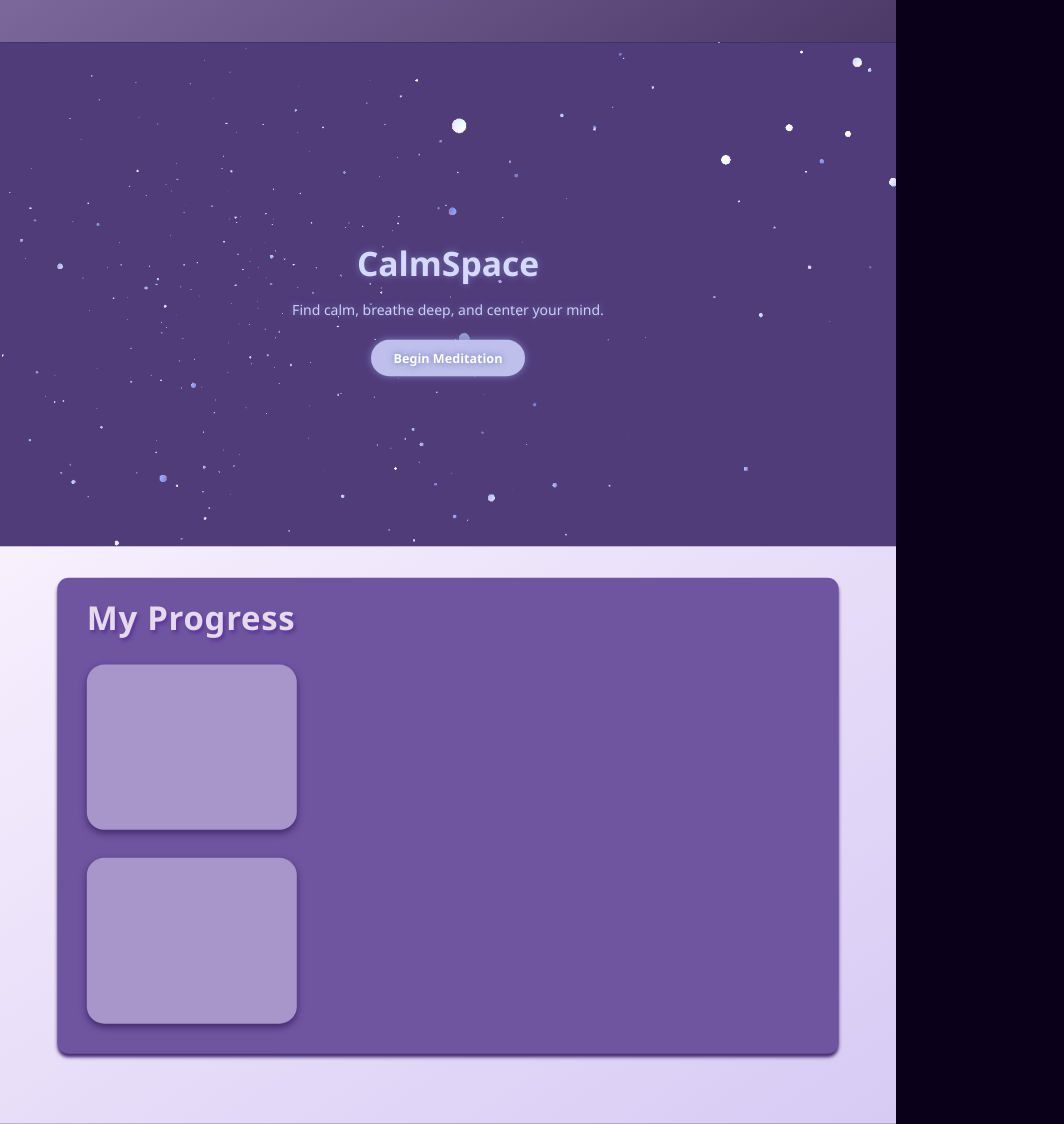
Repository: rujularaut/CogniCare
Page: /
The author's editor kept a copy of each file at every save. The page is drawn from the files as they stood at one save, then again after the next save.
The browser window is 1280 px wide. The page is 1520 px wide, so the pictures cover 1520 px, including what lies to the right of the window. The pictures show the part of the page from y = 1489 to 3129 px (the page is 3094 px tall before and 3129 px after), at 70% of full size.
The project was rebuilt for these pictures with package versions that can differ from the ones it lists, and the page was loaded fresh each time. Also part of the build but not shown: src/components/RecallGame.js, src/components/ReactionGame.js, src/components/MeditationRoom.css, src/components/Signup.css, src/components/Signup.js, src/components/Login.css, src/components/Login.js, src/components/Stepper.css and 5 more.

Above is the page before, as saved 2025-06-27 14:21:09.

### public/index.html
<!DOCTYPE html>
<html lang="en">
  <head>
    <link href="https://fonts.googleapis.com/css2?family=Anton:wght@500&display=swap" rel="stylesheet">

    <meta charset="utf-8" />
    <link rel="icon" href="%PUBLIC_URL%/favicon.ico" />
    <meta name="viewport" content="width=device-width, initial-scale=1" />
    <meta name="theme-color" content="#000000" />
    <meta
      name="description"
      content="Web site created using create-react-app"
    />
    <link rel="apple-touch-icon" href="%PUBLIC_URL%/logo192.png" />
    <!--
      manifest.json provides metadata used when your web app is installed on a
      user's mobile device or desktop. See https://developers.google.com/web/fundamentals/web-app-manifest/
    -->
    <link rel="manifest" href="%PUBLIC_URL%/manifest.json" />
    <!--
      Notice the use of %PUBLIC_URL% in the tags above.
      It will be replaced with the URL of the `public` folder during the build.
      Only files inside the `public` folder can be referenced from the HTML.

      Unlike "/favicon.ico" or "favicon.ico", "%PUBLIC_URL%/favicon.ico" will
      work correctly both with client-side routing and a non-root public URL.
      Learn how to configure a non-root public URL by running `npm run build`.
    -->
    <title>React App</title>
  </head>
  <body>
    <noscript>You need to enable JavaScript to run this app.</noscript>
    <div id="root"></div>
    <!--
      This HTML file is a template.
      If you open it directly in the browser, you will see an empty page.

      You can add webfonts, meta tags, or analytics to this file.
      The build step will place the bundled scripts into the <body> tag.

      To begin the development, run `npm start` or `yarn start`.
      To create a production bundle, use `npm run build` or `yarn build`.
    -->
  </body>
</html>

### src/components/Progress.js
import React from 'react';
import './Progress.css';

const Progress = () => {
  return (
    <section className="progress-section" id="myprogress">

      <div className="progress-box">
  <div className="progress-header">
    <h2>My Progress</h2>
  </div>
  <div className="progress-content">
    <div className="left-panel">
      <div className="small-box"></div>
      <div className="small-box"></div>
    </div>
    <div className="main-area">
      {/* ... */}
    </div>
  </div>
</div>

    </section>
  );
};

export default Progress;

### src/App.css
body {
  margin: 0;
  padding: 0;
  font-family: 'Segoe UI', sans-serif;
  background-color: #0a001a;
  color: #d6d8ff;
}

nav {
  background-color: #412e69;
  color: #d6d8ff;
  display: flex;
  justify-content: space-between;
  align-items: center;
  padding: 10px 30px;
  box-shadow: 0 0 15px #a9b0ff20;
}

.logo {
  font-size: 24px;
  font-weight: bold;
  color: #d6d8ff;
  text-shadow: 0 0 6px #8b92d7;
}

nav ul {
  list-style: none;
  display: flex;
  gap: 24px;
  margin: 0;
  padding: 0;
}

nav ul li a {
  text-decoration: none;
  color: #c0c2e0;
  font-weight: 500;
  transition: color 0.3s ease;
}

nav ul li a:hover {
  color: #f7c258;
  text-shadow: 0 0 6px #a9b0ff;
}

header {
  background-color: #513c7a;
  padding: 5px;
  text-align: center;
  border-bottom: 6px solid #412e69;
}

h1 {
  margin-bottom: 10px;
  font-size: 45px;
  color: #d6d8ff;
  text-shadow: 0 0 10px #6c72ac;
}

p {
  font-size: 17px;
  color: #d6d8ff;
}

.floating-nav-vertical {
  position: fixed;
  top: 50%;
  left: 1rem;
  transform: translateY(-50%);
  display: flex;
  flex-direction: column;
  gap: 1rem;
  background-color: #a292c218;
  padding: 1rem;
  border-radius: 12px;
  z-index: 999;
  box-shadow: 0 4px 12px rgba(0, 0, 0, 0.25);
}

.floating-nav-vertical a {
  color: #3e2e63e7;
  font-size: 24px;
  margin: 12px 0;
  text-decoration: none;
  font-weight: 500;
  display: flex;
  align-items: center;
  gap: 6px;
  transition: color 0.2s, transform 0.2s;
  padding: 2px 5px;
  border-radius: 8px;
}

.floating-nav-vertical a:hover {
  color: #e7ddff; /* or your glow color */
  text-shadow: 0 0 6px #a9b0ff;
  transform: scale(1.2);
}

.floating-nav-vertical a:focus {
  outline: none;
}

.floating-nav-vertical a::after {
  content: attr(data-tooltip); /* 👈 sets tooltip from data-tooltip attribute */
  position: absolute;
  left: 130%; /* right of icon */
  top: 50%;
  transform: translateY(-50%);
  background-color: #513c7a;
  color: #fff;
  padding: 4px 8px;
  border-radius: 6px;
  white-space: nowrap;
  font-size: 12px;
  opacity: 0;
  pointer-events: none;
  transition: opacity 0.2s ease;
}

.floating-nav-vertical a:hover::after {
  opacity: 1;
}

### src/components/Welcome.js
import React from 'react';
import './Welcome.css';
import welcomeImg from '../assets/welcome.png';
import { Link } from 'react-router-dom';

const Welcome = () => {
  return (
    <section className="welcome">
      <div className="welcome-content">
        <img src={welcomeImg} alt="Welcome Illustration" className="welcome-img" />
        <Link to="/signup" className="start-btn">Get Started</Link> {/* ✅ Fixed */}
      </div>
    </section>
  );
};

export default Welcome;

### src/components/Meditation.js
import React from 'react';
import Particles from './Particles';
import './Meditation.css';
import { Link } from 'react-router-dom';
import './MeditationRoom.css';


const Meditation = () => {
  return (
    <section className="meditation-section">
      <Particles
        particleColors={['#cdd0fc', '#a9b0ff']}
        particleCount={680}
        particleSpread={11}
        speed={0.1}
        particleBaseSize={100}
        moveParticlesOnHover={false}
        alphaParticles={false}
      />
      <div className="meditation-content">
        <h2>CalmSpace</h2>
        <p>Find calm, breathe deep, and center your mind.</p>
        <Link to="/meditationroom" className="meditate-btn">Begin Meditation</Link>
      </div>
    </section>
  );
};

export default Meditation;

### src/components/MindPlay.js
import React, { useRef } from 'react';
import './MindPlay.css';
import DecryptedText from './DecryptedText';
import { motion, useInView } from 'framer-motion';
import TiltedCard from './TiltedCard';
import recallImg from '../assets/recall.png';
import reactionImg from '../assets/reaction.png';
import { useNavigate } from 'react-router-dom';

const MindPlay = () => {
  const ref = useRef(null);
  const isInView = useInView(ref, { once: true, margin: '-100px' });
  const navigate = useNavigate();

  return (
    <section className="mindplay-section" id="mindplay" ref={ref}>
      <div className="mindplay-heading">
        <motion.div
          initial={{ opacity: 0, y: 40 }}
          animate={isInView ? { opacity: 1, y: 0 } : {}}
          transition={{ duration: 1.2, ease: 'easeOut' }}
        >
          <DecryptedText
            text="MINDPLAY"
            animateOn="view"
            revealDirection="center"
            speed={200}
            maxIterations={60}
            sequential={true}
            className="revealed"
            encryptedClassName="encrypted"
          />
        </motion.div>
      </div>

      <div className="mindplay-cards">
        <div className="card-with-text">
        <TiltedCard
          imageSrc={recallImg}
          altText="Number Recall Game"
          captionText="Click to play"
          containerHeight="350px"
          containerWidth="320px"
          imageHeight="350px"
          imageWidth="300px"
          rotateAmplitude={12}
          scaleOnHover={1.1}
          showTooltip={true}
          displayOverlayContent={true}
          overlayContent={<p className="tilted-card-demo-text">Number Recall</p>}
          onClick={() => navigate('/recall')}

        />
        <p className="card-description">Quick! Memorize the numbers and tap them in order before time runs out. Levels get trickier—can you keep up?</p>
  </div>


  <div className="card-with-text">
        <TiltedCard
          imageSrc={reactionImg}
          altText="Reaction Game"
          captionText="Click to play"
          containerHeight="350px"
          containerWidth="320px"
          imageHeight="350px"
          imageWidth="300px"
          rotateAmplitude={12}
          scaleOnHover={1.1}
          showTooltip={true}
          displayOverlayContent={true}
          overlayContent={<p className="tilted-card-demo-text">Focus Flick</p>}
          onClick={() => navigate('/reaction')}
        />
        <p className="card-description">See a circle? Tap fast! You’ve got 3 lives, and every miss costs one. How long can you keep up?</p>

      </div>
    </div>
    </section>
  );
};

export default MindPlay;

### src/components/Progress.css
.progress-section {
  min-height: auto; /* Optional: remove full-height */
  padding: 40px 20px 60px; /* Top padding reduced from 130px to 40px */
  background: linear-gradient(to bottom right, #f8f1fd, #d7caf4);
  color: #3f1262;
  text-align: center;
  display: flex;
  flex-direction: column;
  align-items: center;
  justify-content: flex-start; /* Change to flex-start so it stacks from top */
  margin-top: -35px;
  margin-bottom: -40px;
}

.progress-box h2 {
  font-size: 45px;           /* Or any size you prefer */
  color: #e5d5ff;            /* Change text color */
  margin: 30px 0 0 35px;     /* Top and left margin for positioning */
  text-shadow: 2px 0px 2px #a582e1; /* Adds depth to the text */
  font-weight: 700;          /* Bold */
  letter-spacing: 1px;
}

.progress-box {
  position: relative;
  margin: 40px auto;
  width: 90%;
  max-width: 1200px;
  height: 680px;
  background-color: #6f549f;
  border-radius: 16px;
  box-shadow: 0px 5px 5px #42296c;
  display: flex;
  align-items: stretch;
  justify-content: flex-start;
  font-size: 20px;
  color: #cfc1e6;
  font-weight: 600;
  overflow: hidden;
  flex-direction: column;
}

.progress-header {
  align-self: flex-start;
}

.progress-header h2 {
  font-size: 47px;
  color: #e4daeb;
  margin: 25px 0 0 42px;
  text-shadow: 3px 4px 5px #5b369c;
  font-weight: 700;
  letter-spacing: 1px;
}

.left-panel {
  display: flex;
  flex-direction: column;
  width: 280px; /* You can adjust width */
  height: 94%; /* Full height of .progress-box */
  gap: 40px;
  margin-left: -225px;
  margin-top: 30px;
  padding: 5px;
  box-sizing: border-box;
}

/* Small boxes inside the left panel */
.small-box {
  flex: 1; /* Make both take 50% height of panel */
  background-color: #a895c9;
  box-shadow: 0px 5px 10px #42296c;
  border-radius: 25px;
  padding: 20px;
  color: #fff;
  display: flex;
  align-items: left;
  justify-content: left;
  margin-left: -30px;
}

/* Optional: Remaining space in the progress box */
.main-area {
  flex: 1;
  padding: 20px;
  /* Add more styles as needed */
}

.progress-content {
  display: flex;
  flex: 1;
  margin-left: 292px;
  margin-bottom: 35px;
}

### src/components/Welcome.css
.welcome {
  height: 70vh;
  display: flex;
  align-items: center;
  justify-content: center;
  background: linear-gradient(to bottom right, #f1fdf7, #d2caf4);
  text-align: center;
  padding: 10px;
}

.welcome-content {
  display: flex;
  flex-direction: row;
  align-items: center;
  gap: 220px;
}

.welcome-img {
  max-width: 520px;
  width: 100%;
  height: auto;
  animation: fadeIn 1.5s ease;
}

.start-btn {
  background-color: #5a4386;
  color: #f8f1fd;
  padding: 16px 40px;
  border-radius: 30px;
  text-decoration: none;
  font-weight: bold;
  font-size: 20px;
  transition: background-color 0.3s ease, transform 0.2s ease;
  box-shadow: 0 0 20px #cab0ff;
}

.start-btn:hover {
  background-color: #fbb967;
  transform: scale(1.05);
}

@keyframes fadeIn {
  from { opacity: 0; transform: translateY(20px); }
  to { opacity: 1; transform: translateY(0); }
}

### src/components/Meditation.css
.meditation-section {
  position: relative;
  width: 100%;
  height: 100vh;
  overflow: hidden;
  background-color: #513c7a;
  display: flex;
  justify-content: center;
  align-items: center;
  text-align: center;
}

.meditation-content {
  position: relative;
  z-index: 1;
  color: #d6d8ff;
  text-shadow: 0 0 10px #6c72ac;
}

.meditation-content h2 {
  font-size: 48px;
  margin-bottom: 10px;
}

.meditation-content p {
  font-size: 20px;
  margin-bottom: 30px;
  color: #cccef8;
}


.meditate-btn {
  text-decoration: none;
  color: #fff;
  background-color: #bec0eb;
  padding: 14px 32px;
  border-radius: 30px;
  font-size: 18px;
  font-weight: bold;
  box-shadow: 0 0 10px #7b82c0;
  transition: background-color 0.3s ease, transform 0.2s ease;
  display: inline-block;
}

.meditate-btn:hover {
  background-color: #dcdeff;
  color: #744fab;
  transform: scale(1.05);
  text-decoration: none;
}

### src/components/MindPlay.css
.mindplay-section {
  padding: 80px 40px;
  background: linear-gradient(to bottom right, #a790c8, #4c3968);
  color: #e1c3f8;
  position: relative;
  min-height: 90vh;
  text-align: center;
}

.mindplay-heading {
  width: 100%;
  text-align: center;
  margin-top: -80px;
  margin-bottom: 60px;
  margin-left: 40px;
}

.mindplay-layout {
  display: flex;
  align-items: center;
  justify-content: center;
  gap: 80px;
  flex-wrap: wrap;
  min-height: 70vh;
}

.vertical-decrypt {
  writing-mode: vertical-rl;
  text-orientation: upright;
  font-family: 'Anton', sans-serif;
  font-size: 50px;
  font-weight: 900;
  letter-spacing: 0px;
  line-height: 1.2;
  color: #412e69;
  text-shadow: 0 0 15px #d2c7ec;
  cursor: pointer;
  display: flex;
  align-items:center;
  justify-content:center;
  height: 80vh;
  padding: 0px 10px;
  margin-bottom: 20px;
}

.mindplay-cards {
  display: flex;
  gap: 200px;
  flex-wrap: wrap;
  justify-content: center;
  align-items: flex-start;
}


.revealed {
  font-size: 120px;
  text-align: center;
  letter-spacing: 100px;
  font-weight: 900;
  color: #3a1357;
  text-shadow: 0 5px 0 #665590;
}

.encrypted {
  font-size: 120px;
  font-weight: 900;
  letter-spacing: 100px;
  color: #cdbcf2;
  opacity: 0.5;
}

.tilted-card-demo-text {
  font-size: 18px;
  color: #ffffff;
  background-color: rgba(81, 60, 122, 0.9);
  padding: 8px 12px;
  border-radius: 10px;
  text-align: center;
}

.card-with-text {
  display: flex;
  flex-direction: column;
  align-items: center;
  max-width: 350px;
  text-align: center;
}

.card-description {
  margin-top: 12px;
  margin-right: 20px;
  font-size: 16px;
  font-weight: 500;
  color: #3d0d61;
  background-color: #dfccf2cc;
  padding: 10px 14px;
  border-radius: 12px;
  box-shadow: 0 8px 0px rgba(38, 10, 67, 0.2);
}

### src/components/TiltedCard.js
import './TiltedCard.css';

import { useRef, useState } from "react";
import { motion, useMotionValue, useSpring } from "framer-motion";
import "./TiltedCard.css";

const springValues = {
  damping: 30,
  stiffness: 100,
  mass: 2,
};

export default function TiltedCard({
  imageSrc,
  altText = "Tilted card image",
  captionText = "",
  containerHeight = "300px",
  containerWidth = "100%",
  imageHeight = "300px",
  imageWidth = "300px",
  scaleOnHover = 1.1,
  rotateAmplitude = 14,
  showMobileWarning = true,
  showTooltip = true,
  overlayContent = null,
  displayOverlayContent = false,
  onClick,
}) {

  const ref = useRef(null);

  const x = useMotionValue();
  const y = useMotionValue();
  const rotateX = useSpring(useMotionValue(0), springValues);
  const rotateY = useSpring(useMotionValue(0), springValues);
  const scale = useSpring(1, springValues);
  const opacity = useSpring(0);
  const rotateFigcaption = useSpring(0, {
    stiffness: 350,
    damping: 30,
    mass: 1,
  });

  const [lastY, setLastY] = useState(0);

  function handleMouse(e) {
    if (!ref.current) return;

    const rect = ref.current.getBoundingClientRect();
    const offsetX = e.clientX - rect.left - rect.width / 2;
    const offsetY = e.clientY - rect.top - rect.height / 2;

    const rotationX = (offsetY / (rect.height / 2)) * -rotateAmplitude;
    const rotationY = (offsetX / (rect.width / 2)) * rotateAmplitude;

    rotateX.set(rotationX);
    rotateY.set(rotationY);

    x.set(e.clientX - rect.left);
    y.set(e.clientY - rect.top);

    const velocityY = offsetY - lastY;
    rotateFigcaption.set(-velocityY * 0.6);
    setLastY(offsetY);
  }

  function handleMouseEnter() {
    scale.set(scaleOnHover);
    opacity.set(1);
  }

  function handleMouseLeave() {
    opacity.set(0);
    scale.set(1);
    rotateX.set(0);
    rotateY.set(0);
    rotateFigcaption.set(0);
  }

  return (
    <figure
      ref={ref}
      onClick={onClick}
      className="tilted-card-figure"
      style={{
        height: containerHeight,
        width: containerWidth,
        cursor: 'pointer',
      }}
      onMouseMove={handleMouse}
      onMouseEnter={handleMouseEnter}
      onMouseLeave={handleMouseLeave}
    >
      {showMobileWarning && (
        <div className="tilted-card-mobile-alert">
          This effect is not optimized for mobile. Check on desktop.
        </div>
      )}

      <motion.div
        className="tilted-card-inner"
        style={{
          width: imageWidth,
          height: imageHeight,
          rotateX,
          rotateY,
          scale,
        }}
      >
        <motion.img
          src={imageSrc}
          alt={altText}
          className="tilted-card-img"
          style={{
            width: imageWidth,
            height: imageHeight,
          }}
        />

        {displayOverlayContent && overlayContent && (
          <motion.div
            className="tilted-card-overlay"
          >
            {overlayContent}
          </motion.div>
        )}
      </motion.div>

      {showTooltip && (
        <motion.figcaption
          className="tilted-card-caption"
          style={{
            x,
            y,
            opacity,
            rotate: rotateFigcaption,
          }}
        >
          {captionText}
        </motion.figcaption>
      )}
    </figure>
  );
}

### src/components/Particles.css
.particles-container {
  position: absolute;
  width: 100%;
  height: 100%;
  z-index: 0;
}

### src/components/TiltedCard.css
.tilted-card-figure {
  position: relative;
  width: 100%;
  height: 100%;
  perspective: 800px;
  display: flex;
  flex-direction: column;
  align-items: top;
  justify-content: center;
}

.tilted-card-mobile-alert {
  position: absolute;
  top: 1rem;
  text-align: center;
  font-size: 0.875rem;
  display: none;
}

@media (max-width: 640px) {
  .tilted-card-mobile-alert {
    display: block;
  }
  .tilted-card-caption {
    display: none;
  }
}

.tilted-card-inner {
  position: relative;
  transform-style: preserve-3d;
}

.tilted-card-img {
  position: absolute;
  top: 50;
  left: 0;
  object-fit: cover;
  border-radius: 20px;
  will-change: transform;
  transform: translateZ(0);
  box-shadow: 0 10px 15px #31224e;

}

.tilted-card-img:hover {
  filter: brightness(1.1) saturate(1.2);
  box-shadow: 0 0 15px #ffdca3;
  transition: all 0.3s ease;
}


.tilted-card-overlay {
  position: absolute;
  top: 0;
  left: 0;
  z-index: 2;
  will-change: transform;
  transform: translateZ(30px);
}

.tilted-card-caption {
  pointer-events: none;
  position: absolute;
  left: 0;
  top: 0;
  border-radius: 4px;
  background-color: #745f99;
  padding: 4px 10px;
  font-size: 15px;
  color: #f6eaff;
  opacity: 0;
  z-index: 3;
}

Loaded but not shown: src/index.js (common file); src/index.css (common file); src/components/Particles.js (230 lines, source omitted); src/components/DecryptedText.js (225 lines, source omitted); src/App.js (128 lines, source omitted)

After the next save:
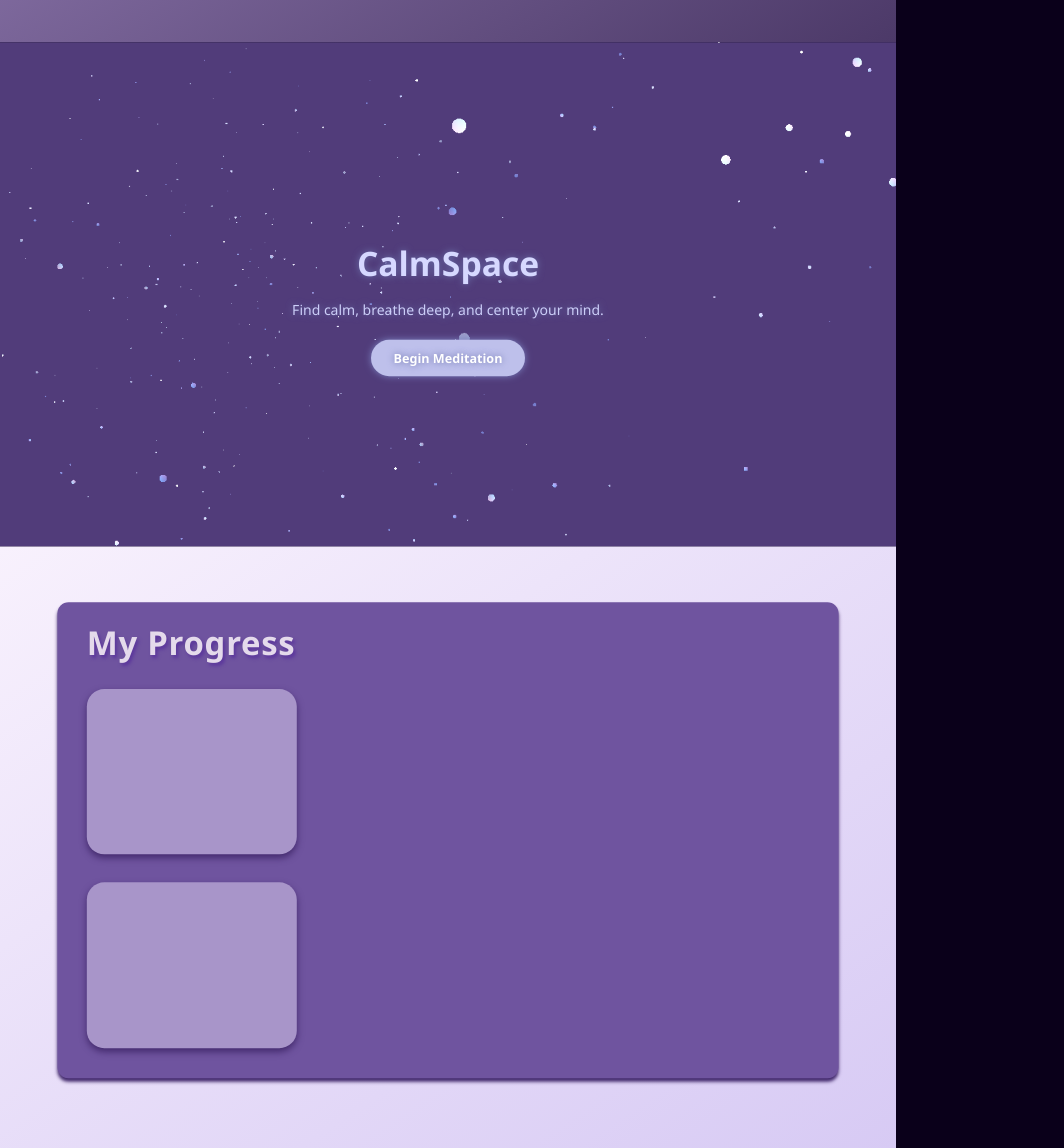
Saved 23 s later.
--- a/src/components/Progress.css
+++ b/src/components/Progress.css
@@ -8,8 +8,6 @@
   flex-direction: column;
   align-items: center;
   justify-content: flex-start; /* Change to flex-start so it stacks from top */
-  margin-top: -35px;
-  margin-bottom: -40px;
 }
 
 .progress-box h2 {
